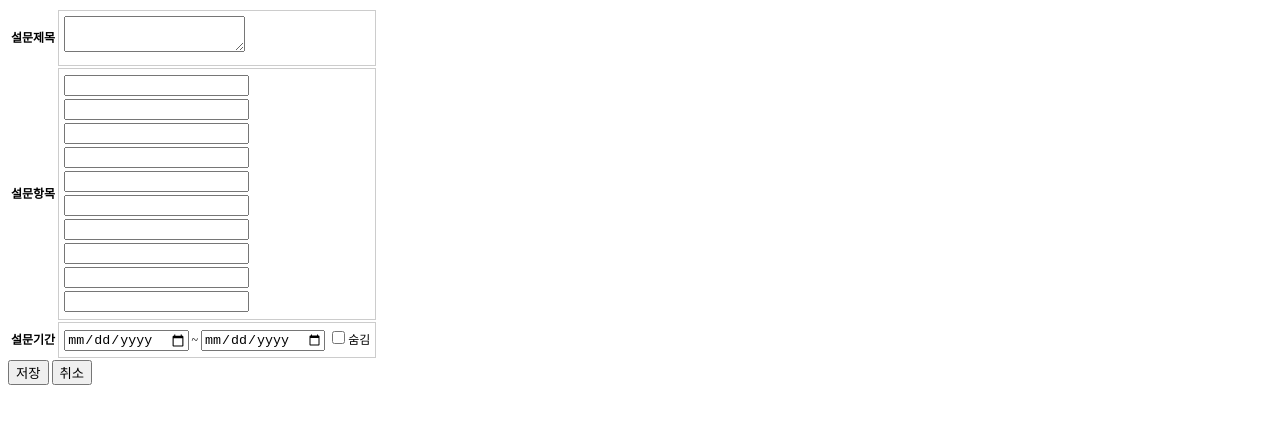
Repository: kgh2037/study
Page: http://localhost/project_servlet1/poll/pollWrite.jsp
An editor plug-in stored every save of this project. The page is shown before and after the next save, followed by the edit.
The browser window is 1280 px wide. The pictures show the whole page.
The page is served by Tomcat 9.

Above is the page before, as saved 2023-07-07 03:28:37.

After the next save:
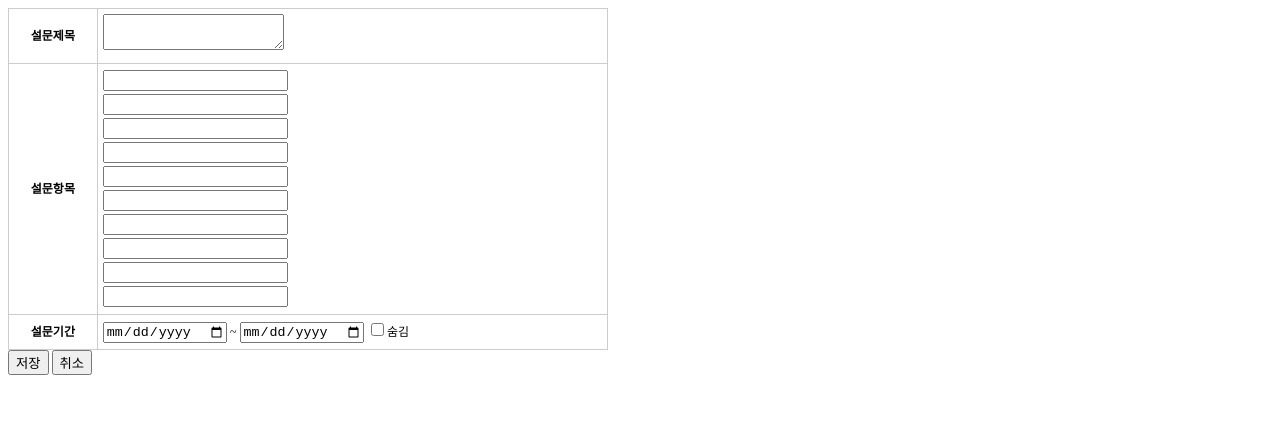
Saved 2 min 21 s later.
--- a/project_servlet1/src/main/webapp/poll/pollWrite.jsp
+++ b/project_servlet1/src/main/webapp/poll/pollWrite.jsp
@@ -65,7 +65,7 @@ body {
 </script>
 <body>
 	<form name="frm" method="post" action="/project_servlet1/pollWriteSave">
-	<table>
+	<table class = "table1">
 		<tr>
 			<th>설문제목</th>
 			<td><textarea name="title"></textarea></td>
